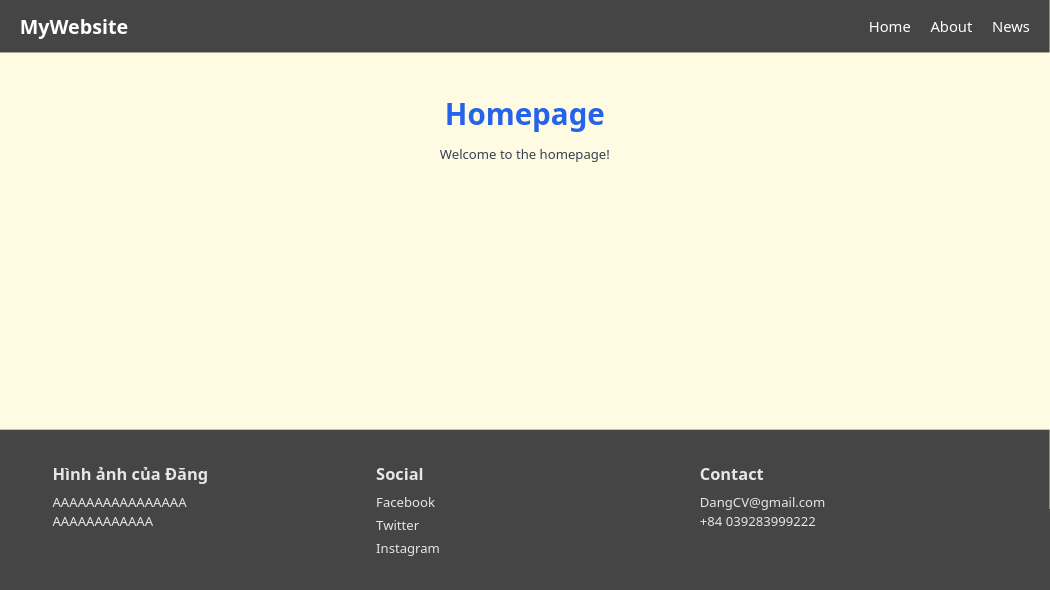
Repository: ultrakhaicraft/PRN232-Website-Showcase
Page: / (app in PRN232/)
The author's editor kept a copy of each file at every save. The page is drawn from the files as they stood at one save, then again after the next save.
The browser window is 1280 px wide. The pictures show the whole page, at 82% of full size.
The project was rebuilt for these pictures with package versions that can differ from the ones it lists, and the page was loaded fresh each time. Also part of the build but not shown: PRN232/vite.config.js, PRN232/src/pages/About.jsx, PRN232/src/pages/News.jsx.

Above is the page before, as saved 2025-09-17 18:28:11.

### PRN232/index.html
<!doctype html>
<html lang="en">
  <head>
    <meta charset="UTF-8" />
    <link rel="icon" type="image/svg+xml" href="/vite.svg" />
    <meta name="viewport" content="width=device-width, initial-scale=1.0" />
    <title>Thuyết trình MLN131</title>
  </head>
  <body>
    <div id="root"></div>
    <script type="module" src="/src/main.jsx"></script>
  </body>
</html>

### PRN232/src/main.jsx
import React from 'react'
import ReactDOM from 'react-dom/client'
import App from './App.jsx'
import './index.css'   // phải có dòng này

ReactDOM.createRoot(document.getElementById('root')).render(
  <React.StrictMode>
    <App />
  </React.StrictMode>,
)

### PRN232/src/App.jsx
import React from "react";
import { BrowserRouter as Router, Routes, Route } from "react-router-dom";

import Homepage from "./pages/HomePage";
import About from "./pages/About";
import News from "./pages/News";
import Navbar from "./components/Narbar";
import Footer from "./components/Footer";

function App() {
  return (
    <Router>
      <div className="flex flex-col min-h-screen">
        {/* Navbar */}
        <Navbar />

        {/* Nội dung page */}
        <main className="flex-grow p-6">
          <Routes>
            <Route path="/" element={<Homepage />} />
            <Route path="/about" element={<About />} />
            <Route path="/news" element={<News />} />
          </Routes>
        </main>

        {/* Footer (optional) */}
        <Footer/>
      </div>
    </Router>
  );
}

export default App;

### PRN232/src/index.css
@tailwind base;
@tailwind components;
@tailwind utilities;

body {
  @apply bg-[#FFFAE2];
}

### PRN232/src/pages/HomePage.jsx
import React from "react";

function Homepage() {
  return (
    <div className="p-8 text-center">
      <h1 className="text-4xl font-bold text-blue-600">Homepage</h1>
      <p className="mt-4 text-gray-700">Welcome to the homepage!</p>
    </div>
  );
}

export default Homepage;

### PRN232/src/components/Narbar.jsx
import React from "react";
import { Link } from "react-router-dom";

function Navbar() {
  return (
    <nav className="flex items-center justify-between px-6 py-4 text-white bg-[#454545]">
      {/* Logo */}
      <div className="text-2xl font-bold">
        <Link to="/">MyWebsite</Link>
      </div>

      {/* Menu */}
      <div className="flex justify-center gap-6 text-lg">
        <Link to="/" className="hover:text-blue-400">Home</Link>
        <Link to="/about" className="hover:text-blue-400">About</Link>
        <Link to="/news" className="hover:text-blue-400">News</Link>
      </div>
    </nav>
  );
}

export default Navbar;

### PRN232/src/components/Footer.jsx
import React from "react";

function Footer() {
  return (
    <footer className="px-6 py-10 text-gray-200 bg-[#454545]">
      <div className="grid max-w-6xl grid-cols-1 gap-8 mx-auto md:grid-cols-3">

        {/* Cột 1 */}
        <div>
          <h2 className="mb-2 text-xl font-bold">Hình ảnh của Đăng</h2>
          <p>
            AAAAAAAAAAAAAAAA <br />
            AAAAAAAAAAAA
          </p>
        </div>

        {/* Cột 2 */}
        <div>
          <h2 className="mb-2 text-xl font-bold">Social</h2>
          <ul className="space-y-1">
            <li><a href="#" className="hover:text-blue-400">Facebook</a></li>
            <li><a href="#" className="hover:text-blue-400">Twitter</a></li>
            <li><a href="#" className="hover:text-blue-400">Instagram</a></li>
          </ul>
        </div>

        {/* Cột 3 */}
        <div>
          <h2 className="mb-2 text-xl font-bold">Contact</h2>
          <p>DangCV@gmail.com</p>
          <p>+84 039283999222</p>
        </div>
      </div>
    </footer>
  );
}

export default Footer;

### PRN232/tailwind.config.js
/** @type {import('tailwindcss').Config} */
export default {
  content: [
    "./index.html",
    "./src/**/*.{js,ts,jsx,tsx}",   // rất quan trọng
  ],
  theme: {
    extend: {},
  },
  plugins: [],
};

After the next save:
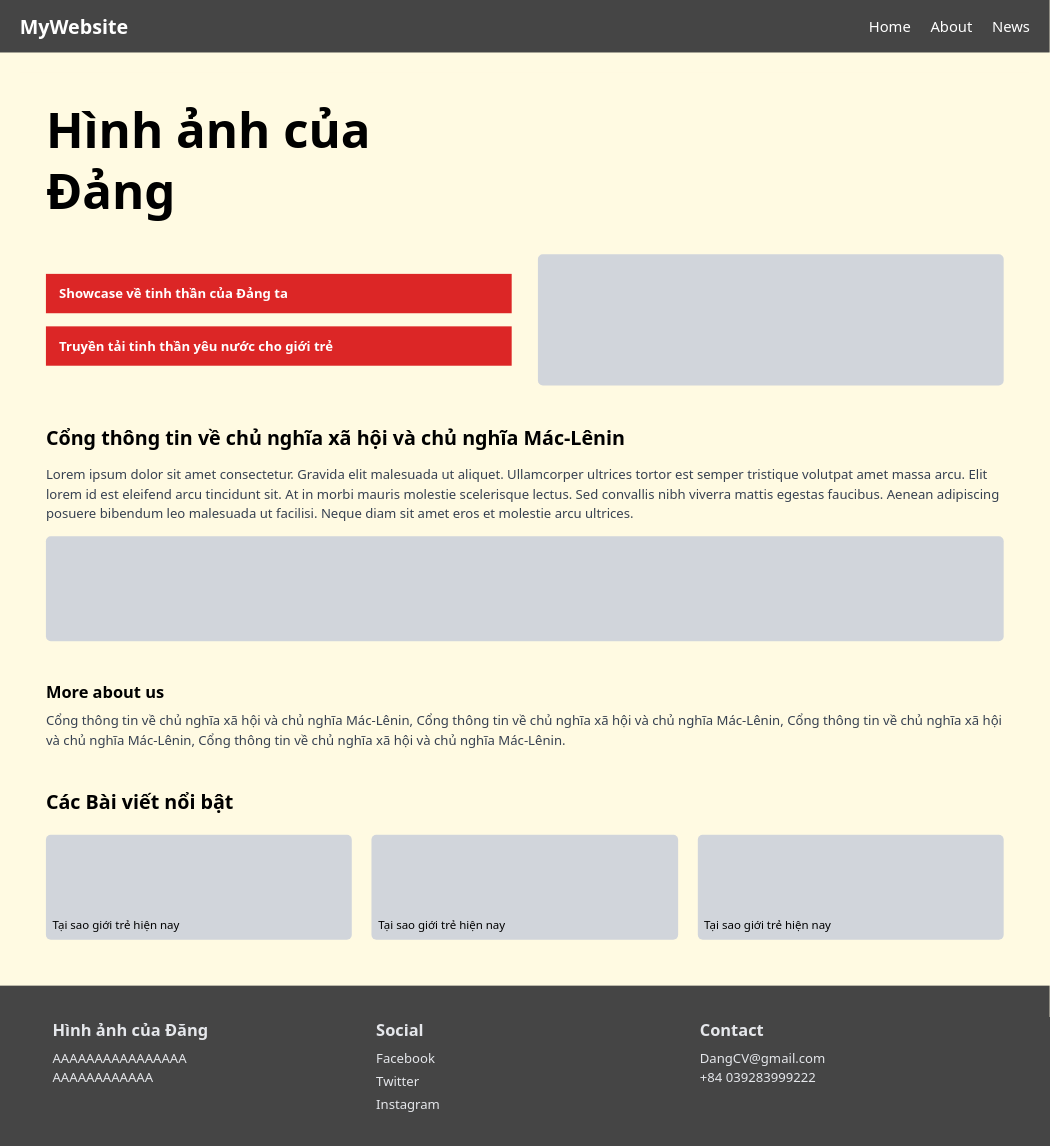
Saved 15 min 27 s later.
--- a/PRN232/src/pages/HomePage.jsx
+++ b/PRN232/src/pages/HomePage.jsx
@@ -2,9 +2,68 @@ import React from "react";
 
 function Homepage() {
   return (
-    <div className="p-8 text-center">
-      <h1 className="text-4xl font-bold text-blue-600">Homepage</h1>
-      <p className="mt-4 text-gray-700">Welcome to the homepage!</p>
+    <div className="bg-[#FFFAE2] min-h-screen p-8">
+      {/* Tiêu đề */}
+      <h1 className="mb-10 text-6xl font-extrabold leading-tight">
+        Hình ảnh của <br /> Đảng
+      </h1>
+
+      {/* Showcase */}
+      <div className="grid items-center gap-8 mb-12 md:grid-cols-2">
+        <div>
+          <div className="px-4 py-3 mb-4 font-semibold text-white bg-red-600">
+            Showcase về tinh thần của Đảng ta
+          </div>
+          <div className="px-4 py-3 font-semibold text-white bg-red-600">
+            Truyền tải tinh thần yêu nước cho giới trẻ
+          </div>
+        </div>
+        <div className="h-40 bg-gray-300 rounded-md"></div>
+      </div>
+
+      {/* Thông tin giới thiệu */}
+      <section className="mb-12">
+        <h2 className="mb-4 text-2xl font-bold">
+          Cổng thông tin về chủ nghĩa xã hội và chủ nghĩa Mác-Lênin
+        </h2>
+        <p className="mb-4 text-gray-700">
+          Lorem ipsum dolor sit amet consectetur. Gravida elit malesuada ut
+          aliquet. Ullamcorper ultrices tortor est semper tristique volutpat
+          amet massa arcu. Elit lorem id est eleifend arcu tincidunt sit. At in
+          morbi mauris molestie scelerisque lectus. Sed convallis nibh viverra
+          mattis egestas faucibus. Aenean adipiscing posuere bibendum leo
+          malesuada ut facilisi. Neque diam sit amet eros et molestie arcu
+          ultrices.
+        </p>
+        <div className="h-32 bg-gray-300 rounded-md"></div>
+      </section>
+
+      {/* More about us */}
+      <section className="mb-12">
+        <h2 className="mb-2 text-xl font-bold">More about us</h2>
+        <p className="text-gray-700">
+          Cổng thông tin về chủ nghĩa xã hội và chủ nghĩa Mác-Lênin,
+          Cổng thông tin về chủ nghĩa xã hội và chủ nghĩa Mác-Lênin,
+          Cổng thông tin về chủ nghĩa xã hội và chủ nghĩa Mác-Lênin,
+          Cổng thông tin về chủ nghĩa xã hội và chủ nghĩa Mác-Lênin.
+        </p>
+      </section>
+
+      {/* Bài viết nổi bật */}
+      <section>
+        <h2 className="mb-6 text-2xl font-bold">Các Bài viết nổi bật</h2>
+        <div className="grid gap-6 md:grid-cols-3">
+          <div className="flex items-end h-32 p-2 text-sm bg-gray-300 rounded-md">
+            Tại sao giới trẻ hiện nay
+          </div>
+          <div className="flex items-end h-32 p-2 text-sm bg-gray-300 rounded-md">
+            Tại sao giới trẻ hiện nay
+          </div>
+          <div className="flex items-end h-32 p-2 text-sm bg-gray-300 rounded-md">
+            Tại sao giới trẻ hiện nay
+          </div>
+        </div>
+      </section>
     </div>
   );
 }
